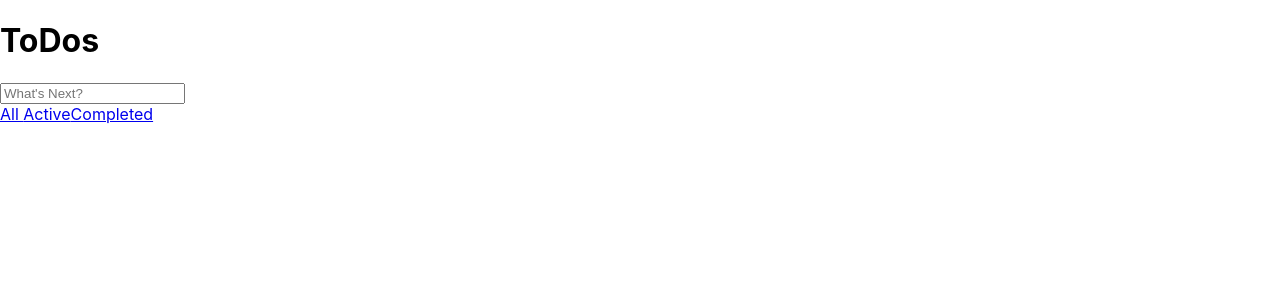
Repository: shuroo/FECourse-final-ex-todos
Page: /actives
The author's editor kept a copy of each file at every save. The page is drawn from the files as they stood at one save, then again after the next save.
The browser window is 1280 px wide. The pictures show the whole page.
The project was rebuilt for these pictures with package versions that can differ from the ones it lists, and the page was loaded fresh each time. Also part of the build but not shown: src/App.css, src/components/TaskComponent.jsx, src/components/TasksView.jsx, src/components/ActiveTasksComponent.jsx, src/components/CompletedTasksComponent.jsx. Imported but missing from the stored project, and not drawn on this page: src/components/AllTasksComponent.

Above is the page before, as saved 2021-08-03 16:33:34.

### src/App.js
import logo from './logo.svg';
import './App.css';
import HomePage from './pages/HomePage';
import { Container } from 'react-bootstrap';

function App() {
    return (

        <
        HomePage / >



    );
}

export default App;

### src/pages/HomePage.jsx

import React, { Component,useState } from 'react';
import Container from 'react-bootstrap/Container'
import FormComponent from "../components/FormComponent";
import FooterBar from '../components/FooterBar';
import TaskModel from '../model/TaskModel';

import ActiveTasksComponent from '../components/ActiveTasksComponent';
import CompletedTasksComponent from '../components/CompletedTasksComponent';
import AllTasksComponent from '../components/AllTasksComponent'

import {
    BrowserRouter as Router,
    Switch,
    Route,
    Link
  } from "react-router-dom";
import TasksView from '../components/TasksView';



function HomePage(){

    const [tasks, setTasks] = useState([]);
    const [count, setCount] = useState(0);
    const defaultFilter = (()=>true);
    const [filterBy, setFilterBy] = useState((()=>true));


    function updateTasks(){
        const newTaskName = document.getElementById("tasksAddInput").value;
        const taskToAdd = new TaskModel(newTaskName,false);
        const tasksCpy = [...tasks];
        tasksCpy.push(taskToAdd);
        setTasks(tasksCpy);
        setCount(count + 1);

    }

    function changeFilterView(value){

        alert(value);
        const updatedFilter = ((value === 'Completed') ? ((task)=>task.isDone()) : (value==='Active' ? ((task)=>!task.isDone()) : defaultFilter ));
        console.log(updatedFilter);
        setFilterBy(updatedFilter);
    }

    return (<Container>
            <h1>ToDos</h1>
            <FormComponent tasks={tasks} setTasks={updateTasks}/>
            <TasksView tasks={tasks} filterBy={()=>filterBy()}/>
            <FooterBar filterBy={filterBy} updateFilter={changeFilterView} />
            </Container>

            )
    }

export default HomePage;

### src/components/FormComponent.jsx
import React, { Component } from 'react';
import { Button, ButtonGroup, Row } from 'react-bootstrap';
import Container from 'react-bootstrap/Container';
import Form from 'react-bootstrap/Form';
// todo: support task addition here!
function FormComponent({tasks,setTasks}) {

    // {tasks , setTasks}

    function addATask(e){
        if(e.charCode===13){

            setTasks();
          }

    }

    return (
    <Container>
      <Form onSubmit={((e)=>{ e.preventDefault();return false;})}>
        <Form.Group >
            <Form.Control type="text"  id="tasksAddInput" onKeyPress={((e)=>addATask(e))} placeholder="What's Next?" />
        </Form.Group>
      </Form>
    </Container>
    );

}

export default FormComponent;

### src/components/FooterBar.jsx
import React, { Component } from 'react';

import Navbar from 'react-bootstrap/Navbar'

import Nav from 'react-bootstrap/Nav'
import { Container, Row, Col } from 'react-bootstrap';

function FooterBar({filterBy,updateFilter}){


      return (
        <Navbar  >
          <Container>
          <Navbar.Collapse id="basic-navbar-nav">
      <Nav className="me-auto">
      <Nav.Link onClick={()=>updateFilter('All')} href="#" >All </Nav.Link>
      <Nav.Link onClick={()=>updateFilter('Active')} href="#">Active
         </Nav.Link>
         <Nav.Link onClick={()=>updateFilter('Completed')} href="#" >Completed </Nav.Link>
        </Nav>
        </Navbar.Collapse>
        </Container>
        </Navbar>

      )

  }

  export default FooterBar;

### src/model/TaskModel.jsx
class TaskModel{
    constructor(name,isDone){
        this.name = name;
        this.isDone = isDone;
        this.key=name;
        this.setIsDone = this.setIsDone.bind(this);
    }

    setIsDone(boolVal){
        this.isDone = boolVal;
    }
}

export default TaskModel;

Loaded but not shown: public/index.html (common file); src/index.js (common file); src/index.css (common file); src/reportWebVitals.js (common file)

After the next save:
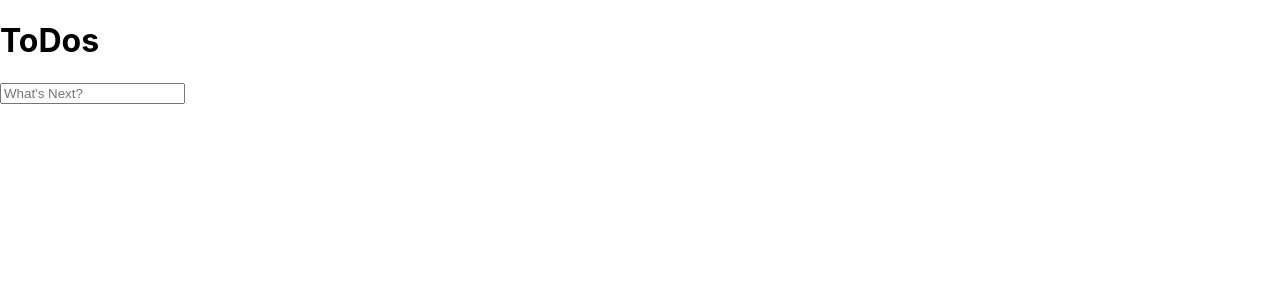
Saved 24 min 56 s later.
--- a/src/pages/HomePage.jsx
+++ b/src/pages/HomePage.jsx
@@ -49,7 +49,7 @@ function HomePage(){
             <h1>ToDos</h1>
             <FormComponent tasks={tasks} setTasks={updateTasks}/>
             <TasksView tasks={tasks} filterBy={()=>filterBy()}/>
-            <FooterBar filterBy={filterBy} updateFilter={changeFilterView} />
+            {/* <FooterBar filterBy={filterBy} updateFilter={changeFilterView} /> */}
             </Container>
 
             )
